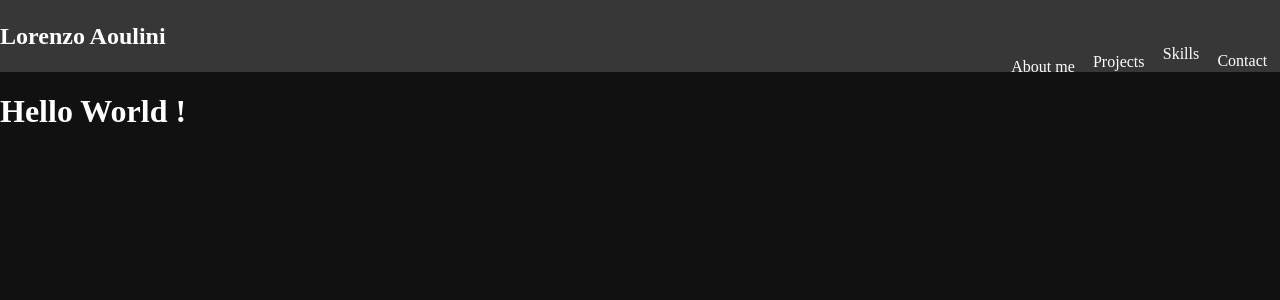
Repository: lolo298/lolo298.github.io
Page: index.html
An editor plug-in stored every save of this project. The page is shown before and after the next save, followed by the edit.
The browser window is 1280 px wide. The pictures show the whole page.

Above is the page before, as saved 2022-05-09 17:03:03.

After the next save:
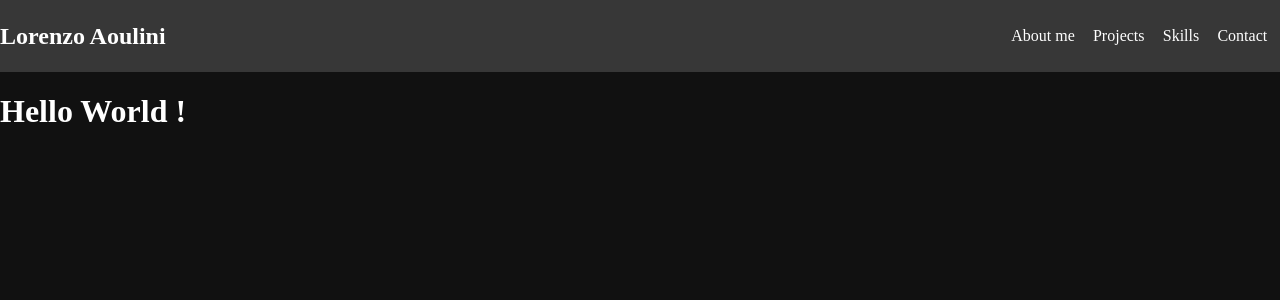
Saved 11 s later.
--- a/css/style.css
+++ b/css/style.css
@@ -47,8 +47,8 @@ body {
     vertical-align: middle;
     text-decoration: none;
     color: white;
-    padding-top: 100%;
-    padding-bottom: 1%;
+    padding-top: 10%;
+    padding-bottom: 10%;
 }
 
 .main-navbar-item>a:hover {
